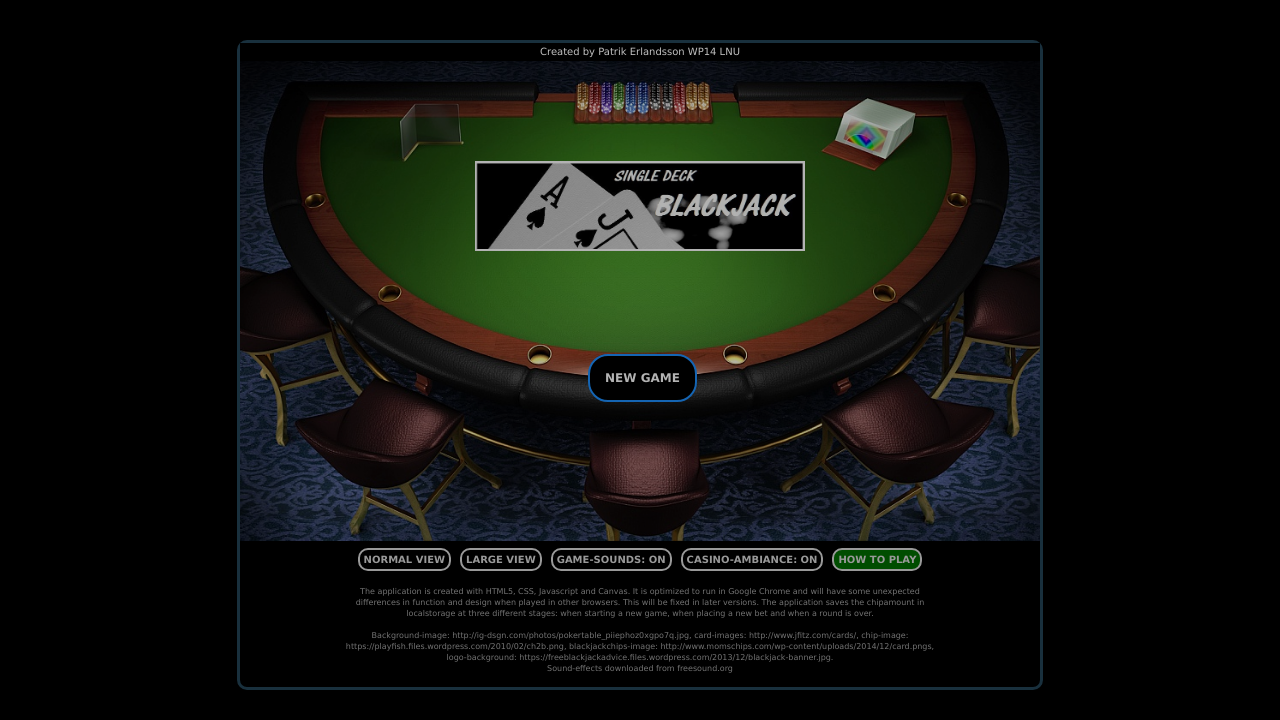
Repository: pat-erl/pe22dw.github.io
Page: index.html
The author's editor kept a record of every edit. The page is drawn from the files as they stood at one moment, then again after the next edit.
The browser window is 1280 px wide. The pictures show the whole page.

Above is the page before.
Console error: TypeError: GameProgress.retrieve is not a function

After the next edit:
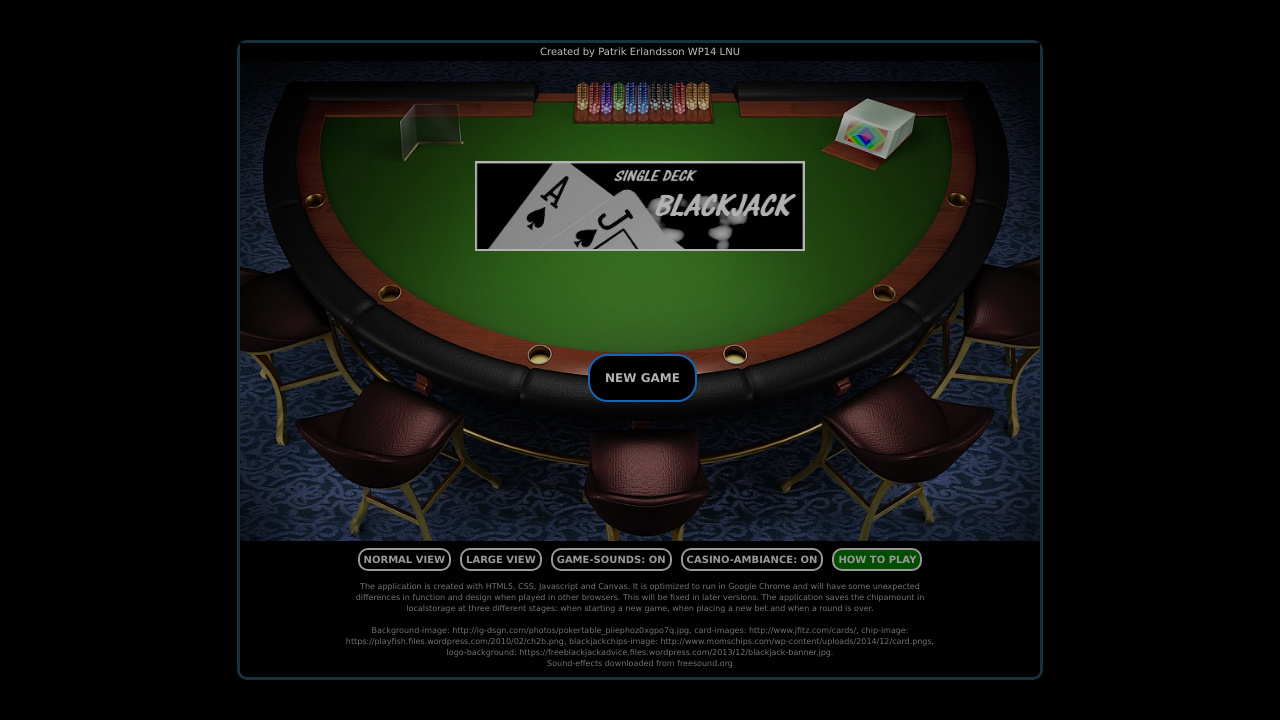
The edit:
--- a/css/style.css
+++ b/css/style.css
@@ -578,8 +578,7 @@
 #applicationinfo{
 	margin: 0 auto;
 	width: 600px;
-	margin-top: 5px;
-	margin-bottom: 10px;
+	margin-bottom: 5px;
 	opacity: 0.6;
 	text-align: center;
 }
